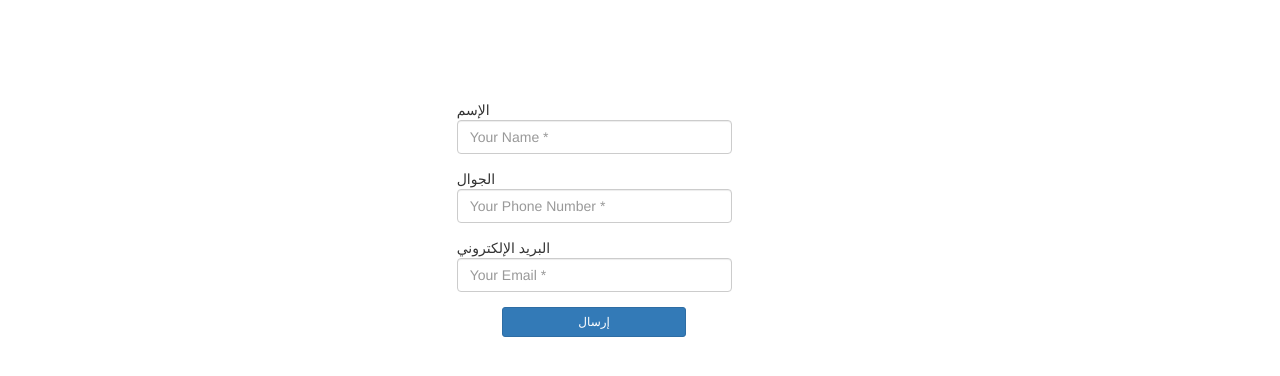
Repository: Abdaljawad-Aya/Itbeep-task
Page: http://localhost/form-user
These files come from the project's save history. The page is drawn as it stood at one moment and after the next save; the edit follows.
The browser window is 1280 px wide. The pictures show the whole page.
The page is served by the project's Laravel application, run on PHP 8.4 with Laravel 8. Other server files are loaded and not shown.

Above is the page before, as saved 2021-03-07 17:56:19.

### singlePageApp/routes/web.php
<?php

use Illuminate\Support\Facades\Route;

/*
|--------------------------------------------------------------------------
| Web Routes
|--------------------------------------------------------------------------
|
| Here is where you can register web routes for your application. These
| routes are loaded by the RouteServiceProvider within a group which
| contains the "web" middleware group. Now create something great!
|
*/

Route::get('/', function () {
    return view('welcome');
});

Route::get('form-user', 'formController@form');
Route::post('form-user', ['as' => 'users.store', 'uses' => 'formController@formSaveData']);

### singlePageApp/app/Http/Controllers/formController.php
<?php

namespace App\Http\Controllers;

use Illuminate\Support\Facades\Mail;

use Illuminate\Http\Request;
use App\Mail\formUser;
use App\form;

class formController extends Controller
{
    /**
     * Show the application
     *
     * @return \Illuminatey\Http\Response
     */

    public function form()
    {
        return view('form-user');
    }

    /**
     * Show the application
     *
     * @return \Illuminatey\Http\Response
     */

    public function formSaveData(Request $request)

    {
        $this->validate($request, [
            'name'   => 'required',
            'email'  => 'required|email',
            'mobile' => 'required',
        ]);

        form::create($request->all());
        Mail::send(
            'form-user',
            array(
                'name'   => $request->get('name'),
                'mobile' => $request->get('mobile'),
                'email'  => $request->get('email'),
            ),
            function ($message) use ($request) {
                $message->from('abdaljawad.ayah94@gmail.com');
                $message->to($request->email, 'Admin')->subject($request->get('subject'));
            }
        );
        return back()->with('success', 'Thanks for contact us!');
    }
}

### singlePageApp/resources/views/form-user.blade.php
<!DOCTYPE html>
<html lang="en">
<head>
    <meta charset="UTF-8">
    <meta name="viewport" content="width=device-width, initial-scale=1.0">
    <meta http-equiv="X-UA-Compatible" content="ie=edge">
    <link rel="stylesheet" href="https://maxcdn.bootstrapcdn.com/bootstrap/3.4.1/css/bootstrap.min.css">

    <script src="https://ajax.googleapis.com/ajax/libs/jquery/3.5.1/jquery.min.js"></script>

    <script src="https://maxcdn.bootstrapcdn.com/bootstrap/3.4.1/js/bootstrap.min.js"></script>
    <link rel="stylesheet" href="../views/css/style.css">
    <title>Form</title>
</head>
<body>
   <div class="container contact-form col-lg-6 col-md-offset-4 inverse" style="margin-top:100px;">
     @if (session('status'))
       <div class="alert alert-success">
           {{ session('status')}}
       </div>
    @endif
    @if (session('warning'))
    <div class="alert alert-warning">
        {{session('warning')}}
    </div>
    @endif

    <form method="POST" action ="{{ route('users.store')}}" >
     {{ csrf_field()}}

     <div class="col-md-6">

        {{-- NAME --}}
         <div class="form-group {{ $errors->has('name') ? ' has-error' : '' }}">
                الإسم
            <input type="text" name="name" class="form-control" placeholder="Your Name *" required/>
             @if ($errors->has('name'))
                 <span class="help-block">
                     <strong>
                         {{ $errors->first('name')}}
                     </strong>
                 </span>
             @endif
         </div>


        {{-- MOBILE --}}

        <div class="form-group" {{$errors->has('mobile') ? 'has-error' : ''}}>
            الجوال
         <input type="text" name="mobile" class="form-control" placeholder="Your Phone Number *" required/>

         @if ($errors->has('mobile'))
             <span class="help-block">
                 <strong>
                     {{ $errors->first('mobile')}}
                 </strong>
             </span>
         @endif
        </div>
         {{-- EMAIL --}}
         <div class="form-group" {{$errors->has('email') ? 'has-error' : ''}}>
            البريد الإلكتروني
          <input type="email" name="email" class="form-control" placeholder="Your Email *" required />

            @if ($errors->has('email'))
            <span class="help-block">
                <strong>
                    {{ $errors->first('email')}}
                </strong>
            </span>
            @endif
        </div>

        <div class="form-group">

            <input type="submit" name="btnSubmit" class="btn btn-primary btn-square btn-sm col-lg-8 col-md-offset-2" value="إرسال" data-toggle="modal" data-target="#exampleModal" data-whatever="@getbootstrap">
        </div>
     </div>



<div class="modal fade" id="exampleModal" tabindex="-1" role="dialog" aria-labelledby="exampleModalLabel" aria-hidden="true">
  <div class="modal-dialog" role="document">
    <div class="modal-content">
      <div class="modal-header">
        <h5 class="modal-title" id="exampleModalLabel">New message</h5>
        <button type="button" class="close" data-dismiss="modal" aria-label="Close">
          <span aria-hidden="true">&times;</span>
        </button>
      </div>
      <div class="modal-body">
        <form>
          <div class="form-group">
            <label for="recipient-name" class="col-form-label">Recipient:</label>
            <input type="text" class="form-control" id="recipient-name">
          </div>
          <div class="form-group">
            <label for="message-text" class="col-form-label">Message:</label>
            <textarea class="form-control" id="message-text"></textarea>
          </div>
        </form>
      </div>
      <div class="modal-footer">
        <button type="button" class="btn btn-secondary" data-dismiss="modal">Close</button>
        <button type="button" class="btn btn-primary">Send message</button>
      </div>
    </div>
  </div>
</div>
</form>
</div>
</body>
</html>

Loaded but not shown: singlePageApp/app/Http/Controllers/Controller.php (common file)

After the next save:
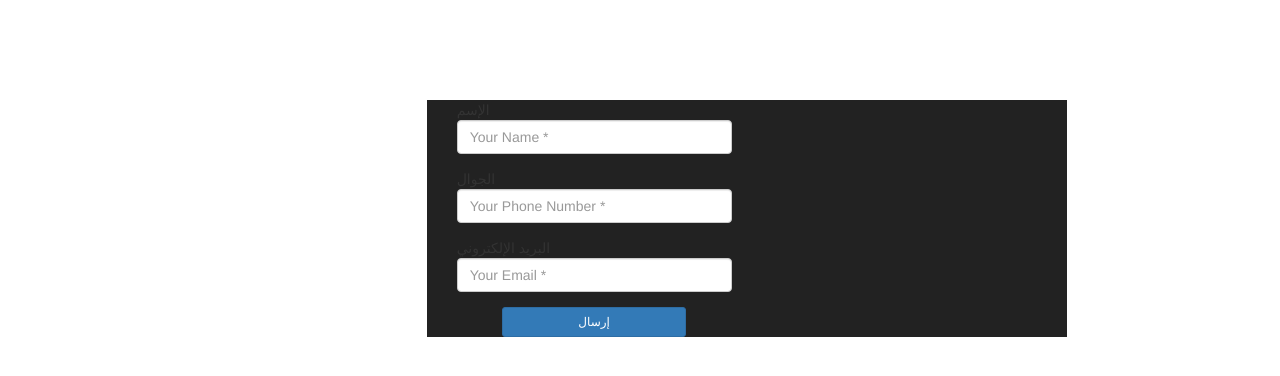
Saved 11 s later.
--- a/singlePageApp/resources/views/form-user.blade.php
+++ b/singlePageApp/resources/views/form-user.blade.php
@@ -13,7 +13,7 @@
     <title>Form</title>
 </head>
 <body>
-   <div class="container contact-form col-lg-6 col-md-offset-4 inverse" style="margin-top:100px;">
+   <div class="container contact-form col-lg-6 col-md-offset-4 navbar-inverse" style="margin-top:100px;">
      @if (session('status'))
        <div class="alert alert-success">
            {{ session('status')}}

After the save that followed:
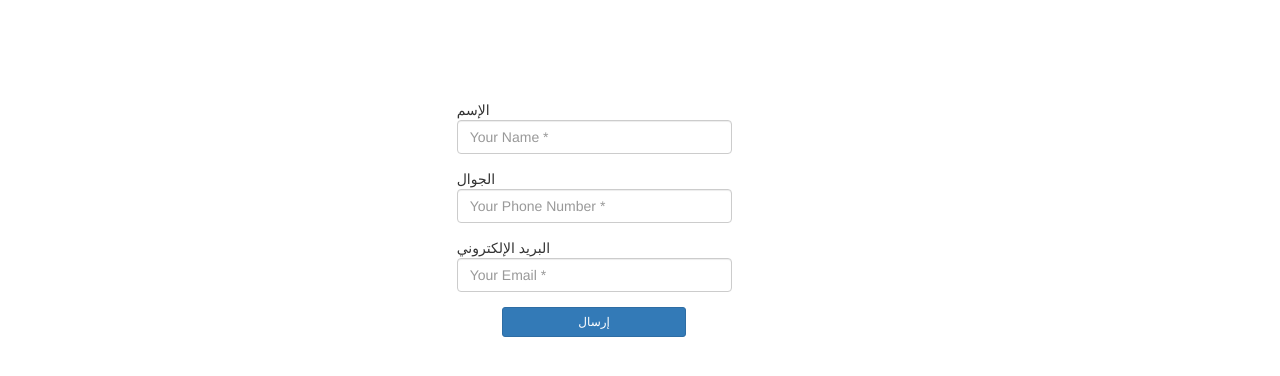
Saved 14 s later.
--- a/singlePageApp/resources/views/form-user.blade.php
+++ b/singlePageApp/resources/views/form-user.blade.php
@@ -13,7 +13,7 @@
     <title>Form</title>
 </head>
 <body>
-   <div class="container contact-form col-lg-6 col-md-offset-4 navbar-inverse" style="margin-top:100px;">
+   <div class="container contact-form col-lg-6 col-md-offset-4 dark" style="margin-top:100px;">
      @if (session('status'))
        <div class="alert alert-success">
            {{ session('status')}}
